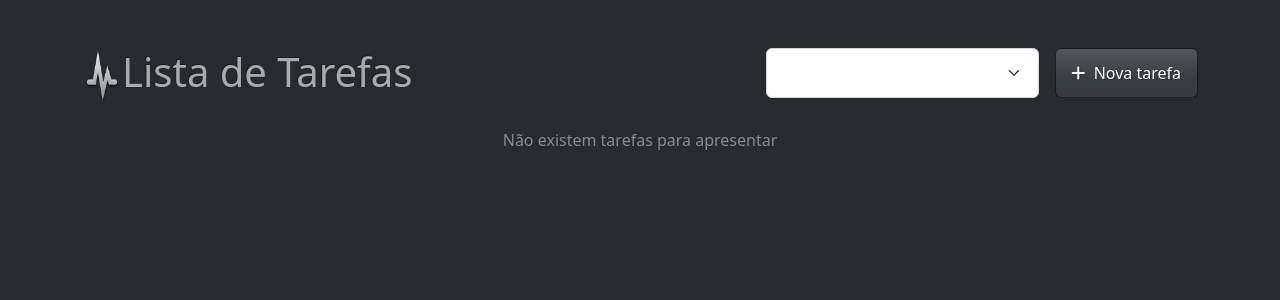
Repository: cargugati/lista_tarefas
Page: frontEnd/index.html
An editor plug-in stored every save of this project. The page is shown before and after the next save, followed by the edit.
The browser window is 1280 px wide. The pictures show the whole page.

Above is the page before, as saved 2023-03-18 20:20:33.

### frontEnd/index.html
<!DOCTYPE html>
<html lang="pt-br">

<head>
  <meta charset="UTF-8">
  <meta http-equiv="X-UA-Compatible" content="IE=edge">
  <meta name="viewport" content="width=device-width, initial-scale=1.0">
  <title>Lista de Tarefas</title>
  <link rel="stylesheet" href="./assets/css/bootstrap.min.css">
  <link rel="stylesheet" href="./assets/fontawesome/css/all.min.css">
  <link rel="shortcut icon" href="./assets/images/favicon.png" type="image/png">
</head>

<body>
  <div class="container my-5">

    <!--  -->
    <div class="row mb-4">
      <div class="col">
        <div class="d-flex">
          <img src="./assets/images/favicon.png" alt="Logo" class="img-fluid" width="40px">
          <h1>Lista de Tarefas</h1>
        </div>

      </div>
      <div class="col text-end">
        <div class="d-flex justify-content-end">
          <select id="select_filter" class="form-select w-50 me-3">
            <option value=""></option>
            <option value="1">1</option>
          </select>
          <a href="new_task.html" class="btn btn-primary"><i class="fa-solid fa-plus me-2"></i>Nova tarefa</a>
        </div>
      </div>
    </div>

    <!--   d-none-->
    <div class="row " id="no_tasks">
      <div class="col text-center">
        <span class="opacity-75">Não existem tarefas para apresentar</span>
      </div>
    </div>
  </div>


  <script src="./assets/js/bootstrap.bundle.min.js"></script>
</body>

</html>

Loaded but not shown: frontEnd/assets/css/bootstrap.min.css (library); frontEnd/assets/fontawesome/css/all.min.css (library); frontEnd/assets/js/bootstrap.bundle.min.js (library)

After the next save:
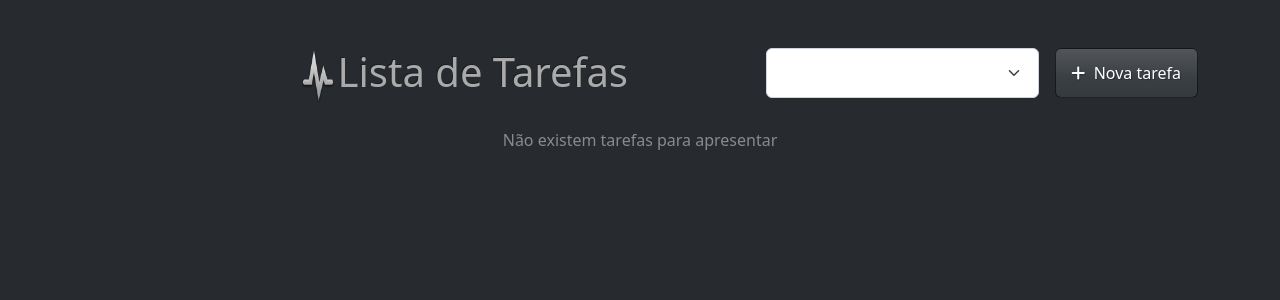
Saved 23 s later.
--- a/frontEnd/index.html
+++ b/frontEnd/index.html
@@ -17,7 +17,7 @@
     <!--  -->
     <div class="row mb-4">
       <div class="col">
-        <div class="d-flex">
+        <div class="d-flex justify-content-end">
           <img src="./assets/images/favicon.png" alt="Logo" class="img-fluid" width="40px">
           <h1>Lista de Tarefas</h1>
         </div>

After the save that followed:
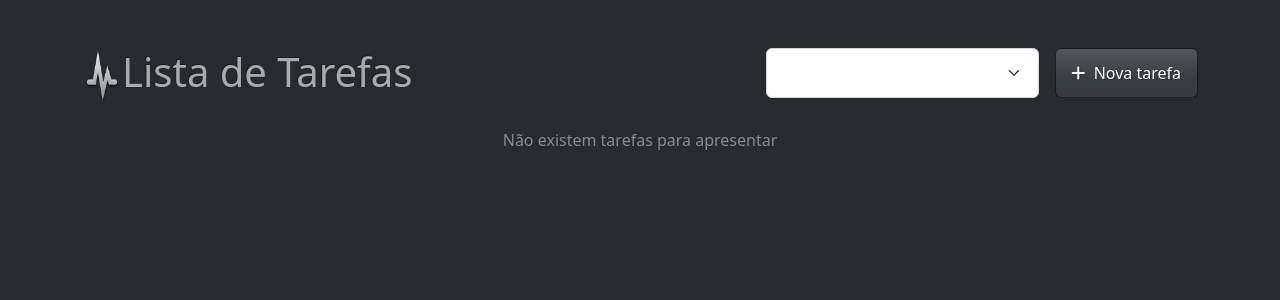
Saved 30 s later.
--- a/frontEnd/index.html
+++ b/frontEnd/index.html
@@ -17,7 +17,7 @@
     <!--  -->
     <div class="row mb-4">
       <div class="col">
-        <div class="d-flex justify-content-end">
+        <div class="d-flex justify-content-start">
           <img src="./assets/images/favicon.png" alt="Logo" class="img-fluid" width="40px">
           <h1>Lista de Tarefas</h1>
         </div>
